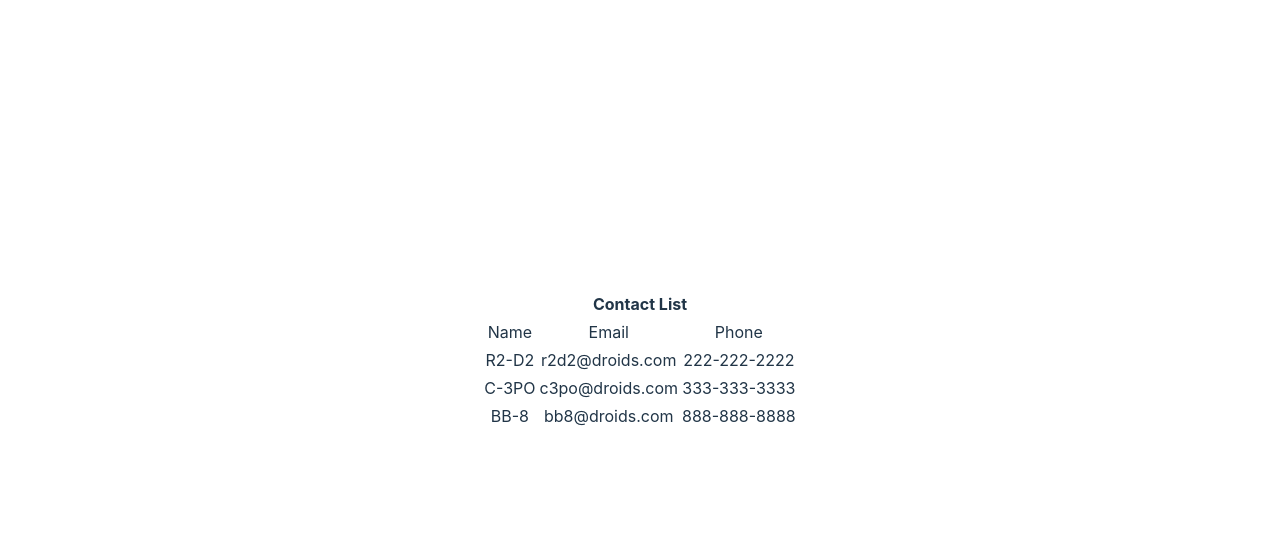
Repository: Andres513/ContactList
Page: /
The author's editor kept a copy of each file at every save. The page is drawn from the files as they stood at one save, then again after the next save.
The browser window is 1280 px wide. The pictures show the whole page.
The page's requests for data from a server got no answer. The project was rebuilt for these pictures with package versions that can differ from the ones it lists, and the page was loaded fresh each time. No one was signed in, and anything a server would have sent is missing. Also part of the build but not shown: vite.config.js.

Above is the page before, as saved 2024-01-29 19:04:21.

After the next save:
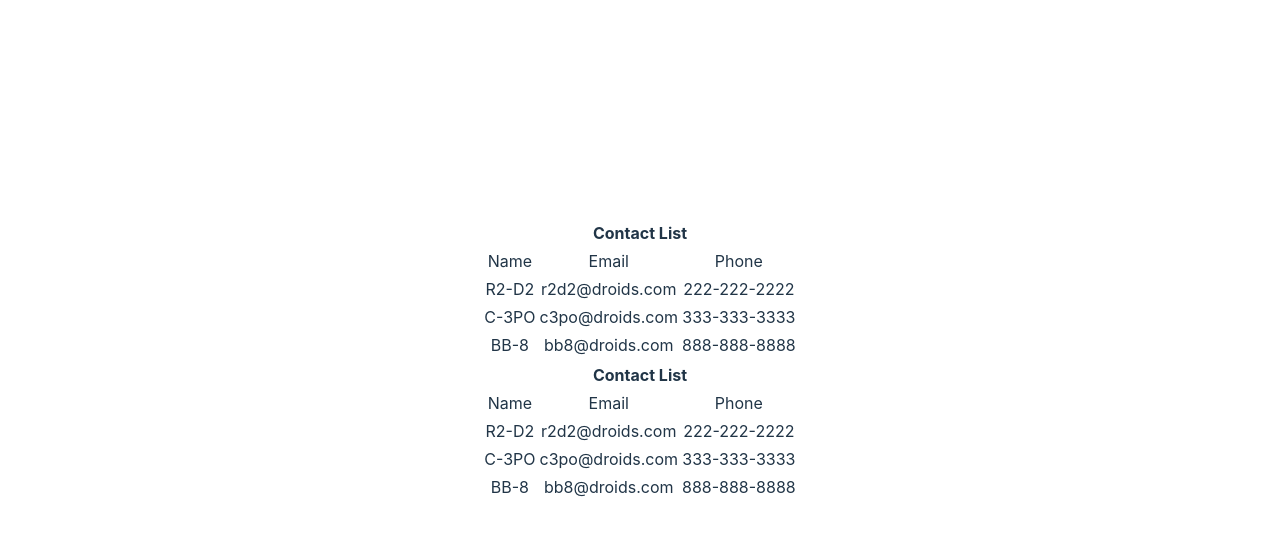
Saved 6 min 34 s later.
--- a/src/App.jsx
+++ b/src/App.jsx
@@ -1,7 +1,6 @@
 import { useState } from 'react'
 import './App.css'
 import ContactList from './components/ContactList'
-
 
 
 
@@ -9,10 +8,11 @@
   const [selectedContactId, setSelectedContactId] = useState(null);
 
   return (
-      <>
-        <ContactList />
-
-      </>
+    <>
+      <ContactList />
+      {selectedContactId ? (<div>Selected Contact Id</div>) : (<ContactList />)
+      }
+    </>
   )
 }
 

After the save that followed:
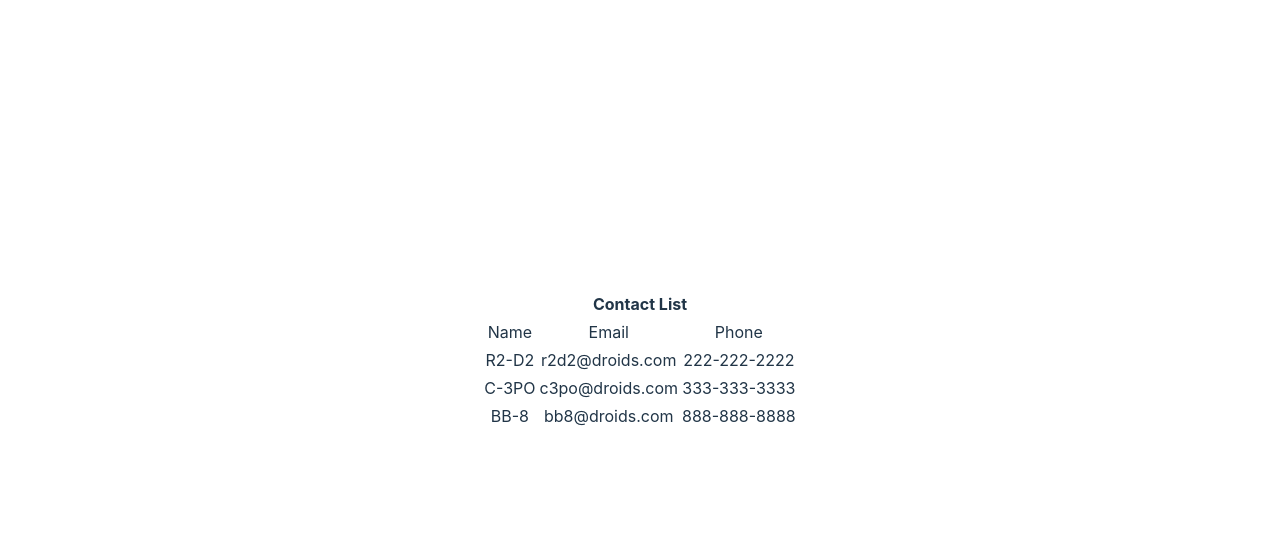
Saved 27 s later.
--- a/src/App.jsx
+++ b/src/App.jsx
@@ -9,7 +9,6 @@
 
   return (
     <>
-      <ContactList />
       {selectedContactId ? (<div>Selected Contact Id</div>) : (<ContactList />)
       }
     </>
